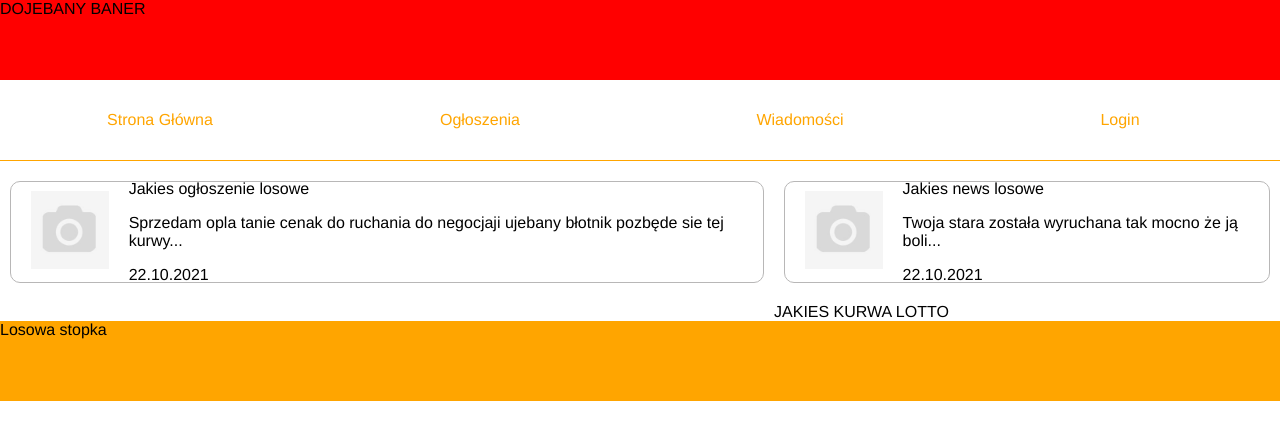
Repository: PatrykStawik/projectppz
Page: /
An editor plug-in stored every save of this project. The page is shown before and after the next save, followed by the edit.
The browser window is 1280 px wide. The pictures show the whole page.
The project was rebuilt for these pictures with package versions that can differ from the ones it lists, and the page was loaded fresh each time. The framework's server and built-in components were replaced by stand-ins that run in the browser.

Above is the page before, as saved 2021-05-22 13:59:17.

After the next save:
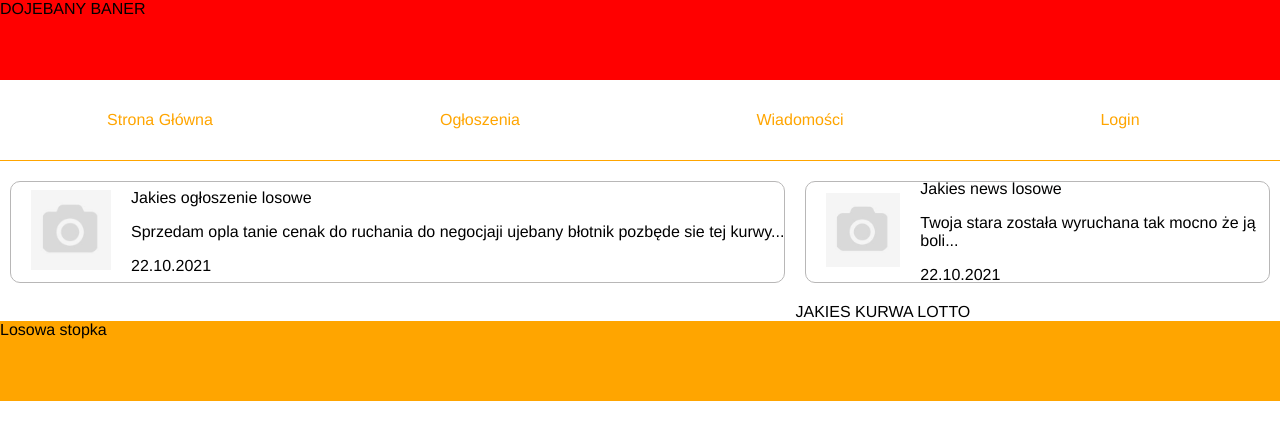
Saved 111 s later.
--- a/components/IndexPage/IndexPage.tsx
+++ b/components/IndexPage/IndexPage.tsx
@@ -7,6 +7,9 @@
   ${setFlex()}
   .advertisement{
 
+  }
+  .container{
+    flex: 1;
   }
 `;
 

After the 2 saves that followed:
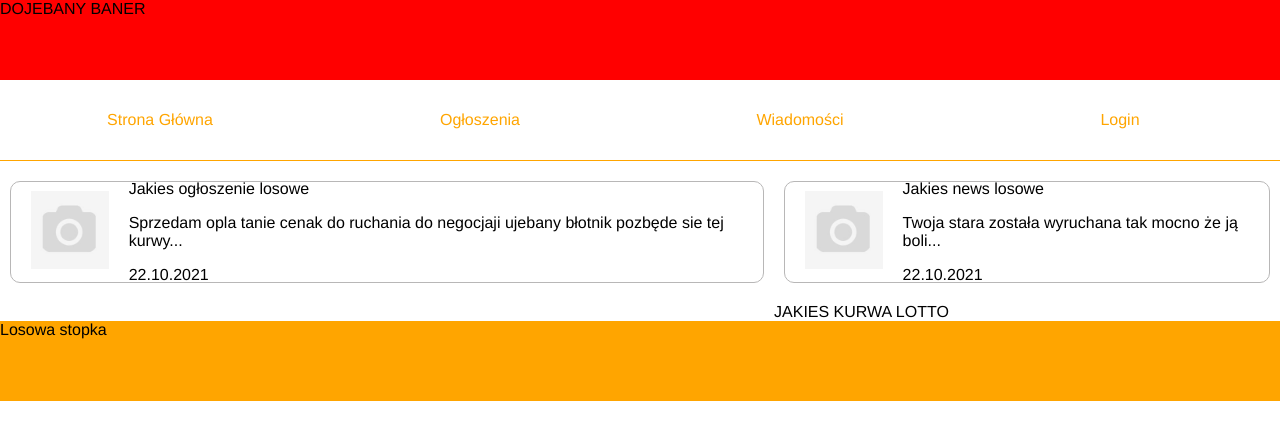
The 2 saves are shown as one change because 1 left the picture as it was.
The last was saved 18 s later.
--- a/components/IndexPage/IndexPage.tsx
+++ b/components/IndexPage/IndexPage.tsx
@@ -6,10 +6,10 @@
 const Wrapper = styled.div`
   ${setFlex()}
   .advertisement{
-
+    flex: 1;
   }
   .container{
-    flex: 1;
+
   }
 `;
 
